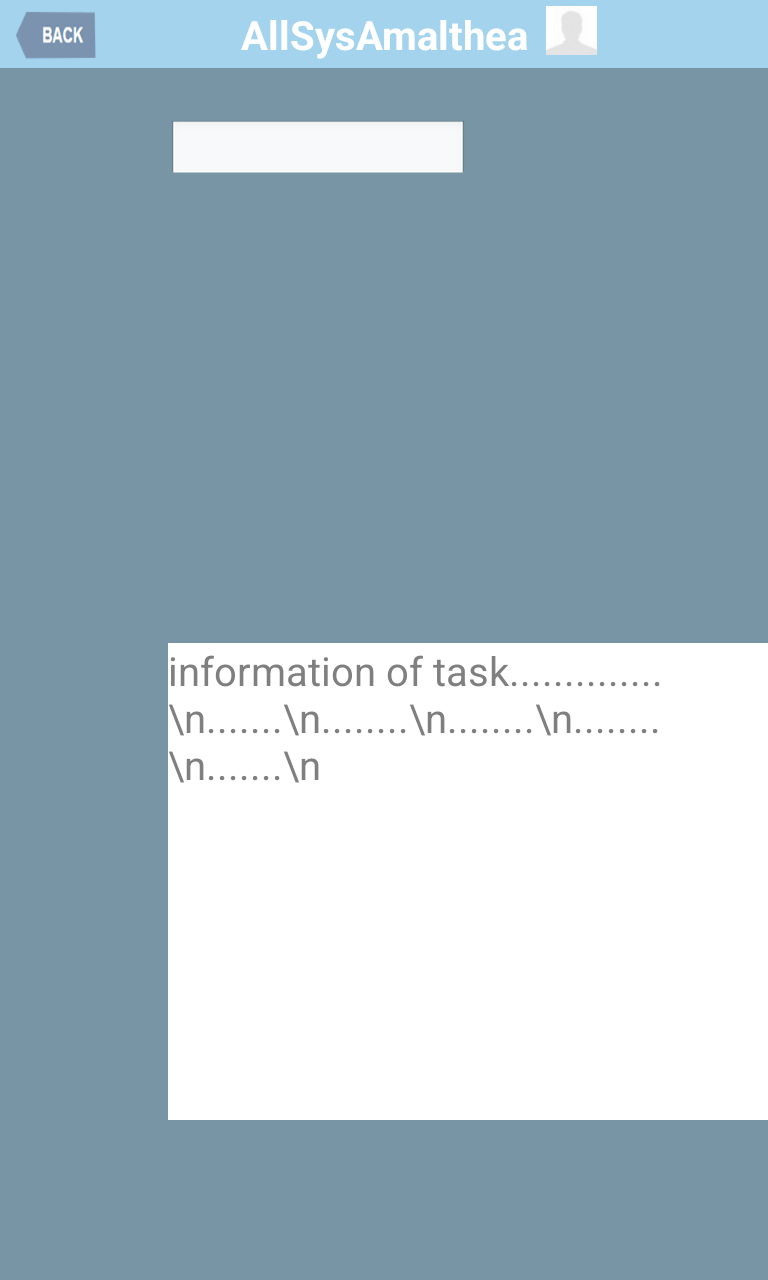
Repository: AllSysAmalthea/AllSys
Layout: APP/AppUI code/代码/Allsys/res/layout/activity_search.xml
An editor plug-in stored every save of this project. The layout is shown before and after the next save, followed by the edit.
It is drawn on a 768 x 1280 px phone screen (xhdpi) without system bars, with theme android:Theme.NoTitleBar; the app's code is not run.

Above is the layout before, as saved 2015-06-06 07:27:44.

After the next save:
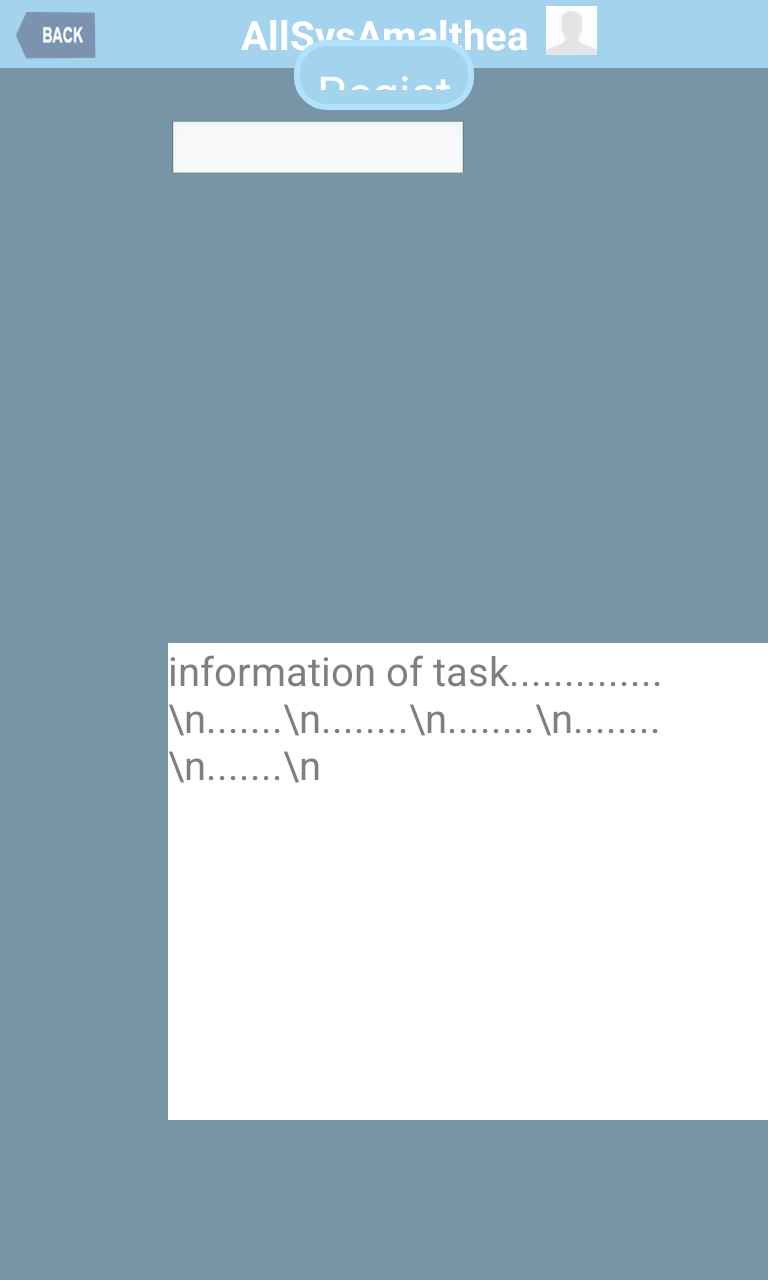
Saved 21 s later.
--- a/APP/AppUI code/代码/Allsys/res/layout/activity_search.xml
+++ b/APP/AppUI code/代码/Allsys/res/layout/activity_search.xml
@@ -68,4 +68,16 @@
         android:ems="10"
         android:textSize="20sp" />
 
+    <Button
+	    android:id="@+id/Register"
+	    android:layout_width="180px"
+	    android:layout_height="70px"
+	    android:layout_below="@+id/textView7"
+	    android:layout_centerHorizontal="true"
+	    android:layout_marginTop="20dp"
+	    android:background="@drawable/shape3"
+	    android:text="Register"
+	    android:textColor="#ffffff"
+	    android:textSize="24sp" />
+
 </RelativeLayout>
